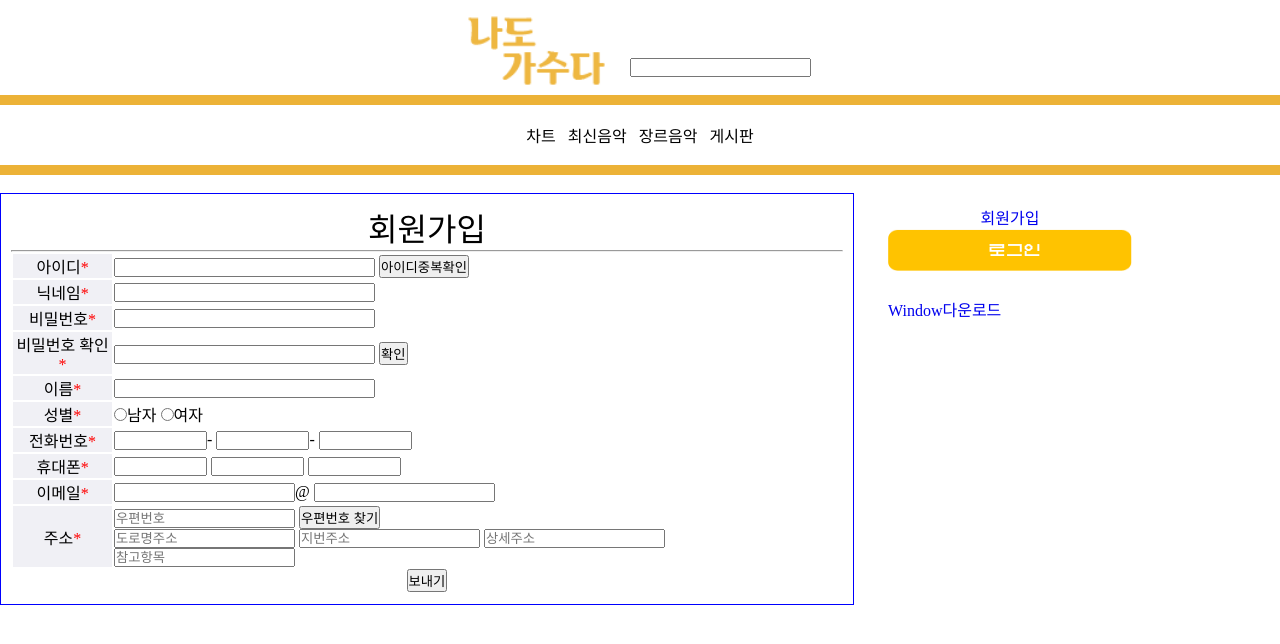
Repository: Ea-Bell/GraduationPortfolio
Page: http://localhost/WebTest/webTest/View/login/signUp.jsp
The author's editor kept a copy of each file at every save. The page is drawn from the files as they stood at one save, then again after the next save.
The browser window is 1280 px wide. The pictures show the whole page.
The page is served by Tomcat 9. Nobody is signed in. The application's start-up code is not run.

Above is the page before, as saved 2020-09-16 08:30:03.

After the next save:
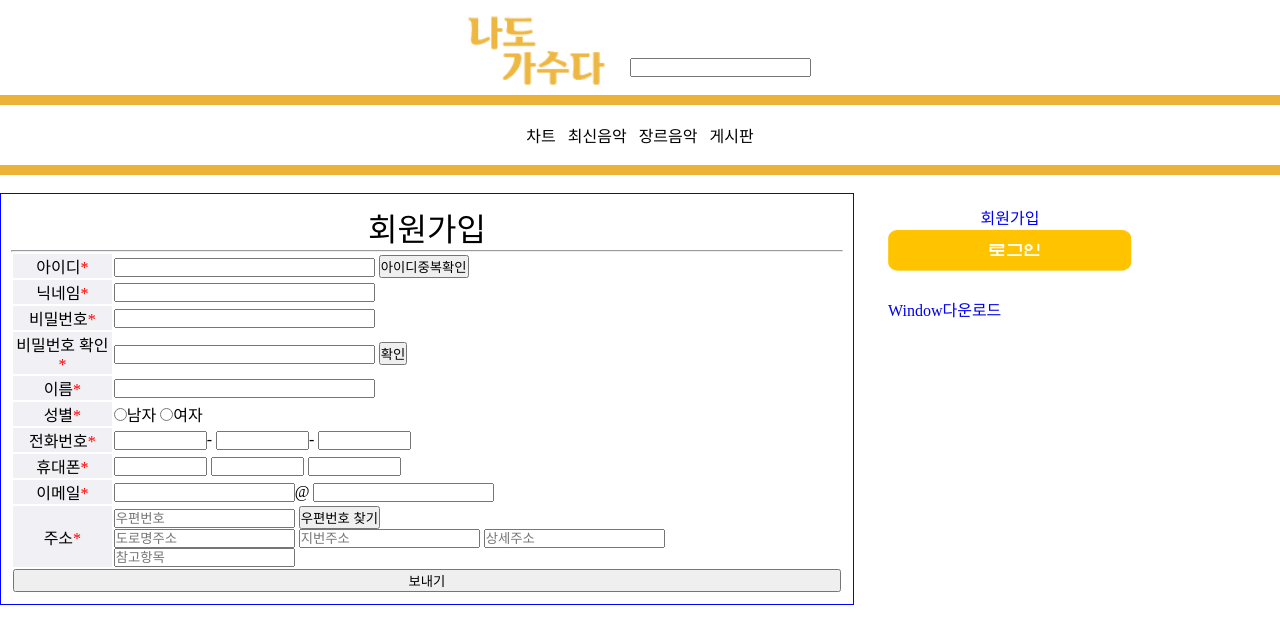
Saved 26 s later.
--- a/WEB_Server/WebTest/WebContent/webTest/View/login/signUp.jsp
+++ b/WEB_Server/WebTest/WebContent/webTest/View/login/signUp.jsp
@@ -164,7 +164,7 @@
 						<c:if test="errors.addr">주소를 입력하시오</c:if></td>
 				</tr>
 				<tr >
-					<td colspan="2" align="center" width="100%"><input type="submit" value="보내기" name="btn2"
+					<td colspan="2" align="center" ><input  style="width: 100%" type="submit" value="보내기" name="btn2"
 						onclick="Btn(2)" ></td>
 				</tr>
 			</table>
